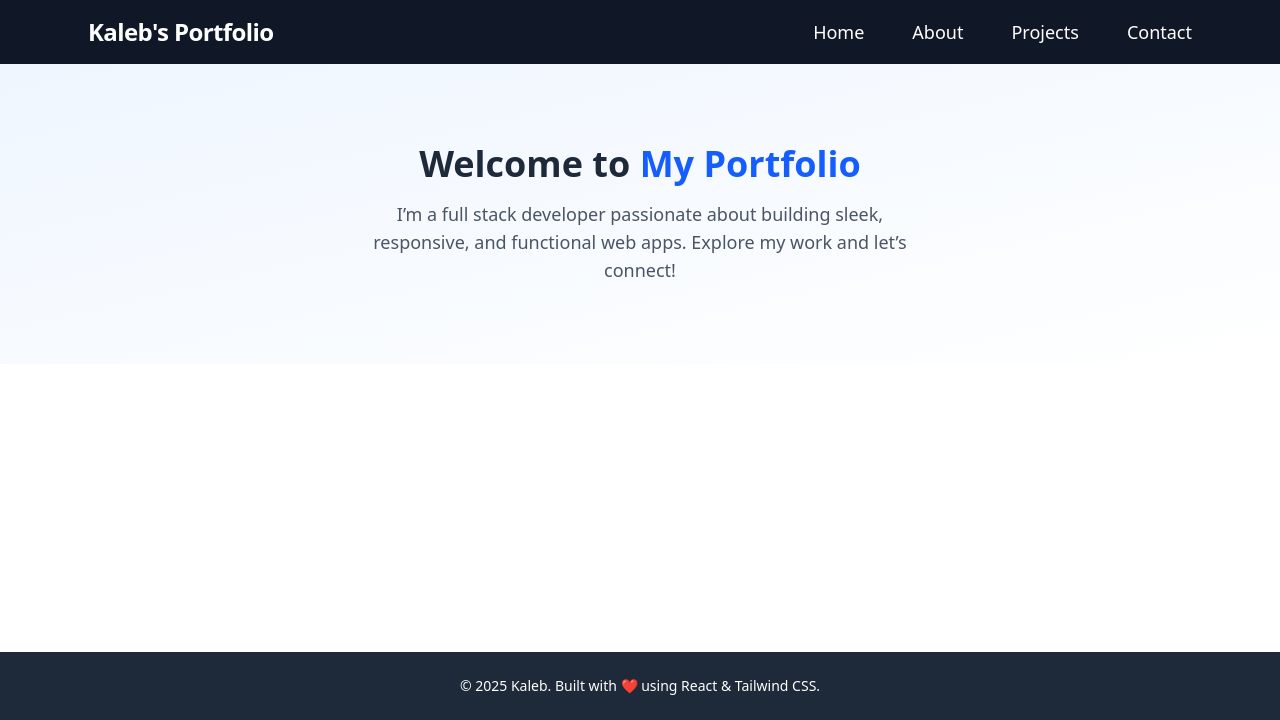
Repository: KalebMalone/portfolio-site
Page: /
The author's editor kept a copy of each file at every save. The page is drawn from the files as they stood at one save, then again after the next save.
The browser window is 1280 px wide. The pictures show the whole page.
The project was rebuilt for these pictures with package versions that can differ from the ones it lists, and the page was loaded fresh each time. Also part of the build but not shown: vite.config.js, src/pages/About.jsx, src/pages/Projects.jsx, src/pages/Contact.jsx, src/pages/Blogs.jsx.

Above is the page before, as saved 2025-04-23 17:22:30.

### src/App.jsx
import { BrowserRouter as Router, Routes, Route } from 'react-router-dom';
import Header from './components/Header';
import Footer from './components/Footer';

import Home from './pages/Home';
import About from './pages/About';
import Projects from './pages/Projects';
import Contact from './pages/Contact';
import Blogs from './pages/Blogs'; // Import Blogs page

function App() {
  return (
    <Router>
      <div className="flex flex-col min-h-screen">
        <Header />

        <main className="flex-grow">
          <Routes>
            <Route path="/" element={<Home />} />
            <Route path="/about" element={<About />} />
            <Route path="/projects" element={<Projects />} />
            <Route path="/contact" element={<Contact />} />
            <Route path="/blogs" element={<Blogs />} /> {/* Add route for Blogs */}
          </Routes>
        </main>

        <Footer />
      </div>
    </Router>
  );
}

export default App;

### src/index.css
@import 'tailwindcss';  /* Or use the Tailwind directives below */

/* Or alternatively, use these Tailwind directives directly in your CSS */
@tailwind base;
@tailwind components;
@tailwind utilities;

### src/components/Header.jsx
import { Link } from 'react-router-dom';

const Header = () => {
    return (
        <header className="bg-gray-900 text-white shadow-lg py-4">
            <nav className="max-w-6xl mx-auto flex justify-between items-center px-6">
                {/* Logo/Brand Name */}
                <h1 className="text-2xl font-bold tracking-tight">Kaleb's Portfolio</h1>

                {/* Navigation Links */}
                <ul className="flex space-x-12 text-lg"> {/* Increase space between the items */}
                    {['Home', 'About', 'Projects', 'Contact'].map((page) => (
                        <li key={page}>
                            <Link
                                to={`/${page.toLowerCase() === 'home' ? '' : page.toLowerCase()}`}
                                className="hover:text-blue-400 transition-colors duration-200"
                            >
                                {page}
                            </Link>
                        </li>
                    ))}
                </ul>
            </nav>
        </header>
    );
};

export default Header;

### src/components/Footer.jsx
const Footer = () => {
    return (
        <footer className="bg-gray-800 text-white text-center py-6 mt-10">
            <p className="text-sm">© {new Date().getFullYear()} Kaleb. Built with ❤️ using React & Tailwind CSS.</p>
        </footer>
    );
};

export default Footer;

### src/pages/Home.jsx
const Home = () => {
    return (
        <section className="flex flex-col items-center justify-center text-center px-4 py-20 bg-gradient-to-br from-blue-50 to-white">
            <h2 className="text-4xl font-extrabold mb-4 text-gray-800">
                Welcome to <span className="text-blue-600">My Portfolio</span>
            </h2>
            <p className="text-lg text-gray-600 max-w-xl">
                I’m a full stack developer passionate about building sleek, responsive, and functional web apps. Explore my work and let’s connect!
            </p>
        </section>
    );
};

export default Home;

Loaded but not shown: index.html (common file); src/main.jsx (common file)

After the next save:
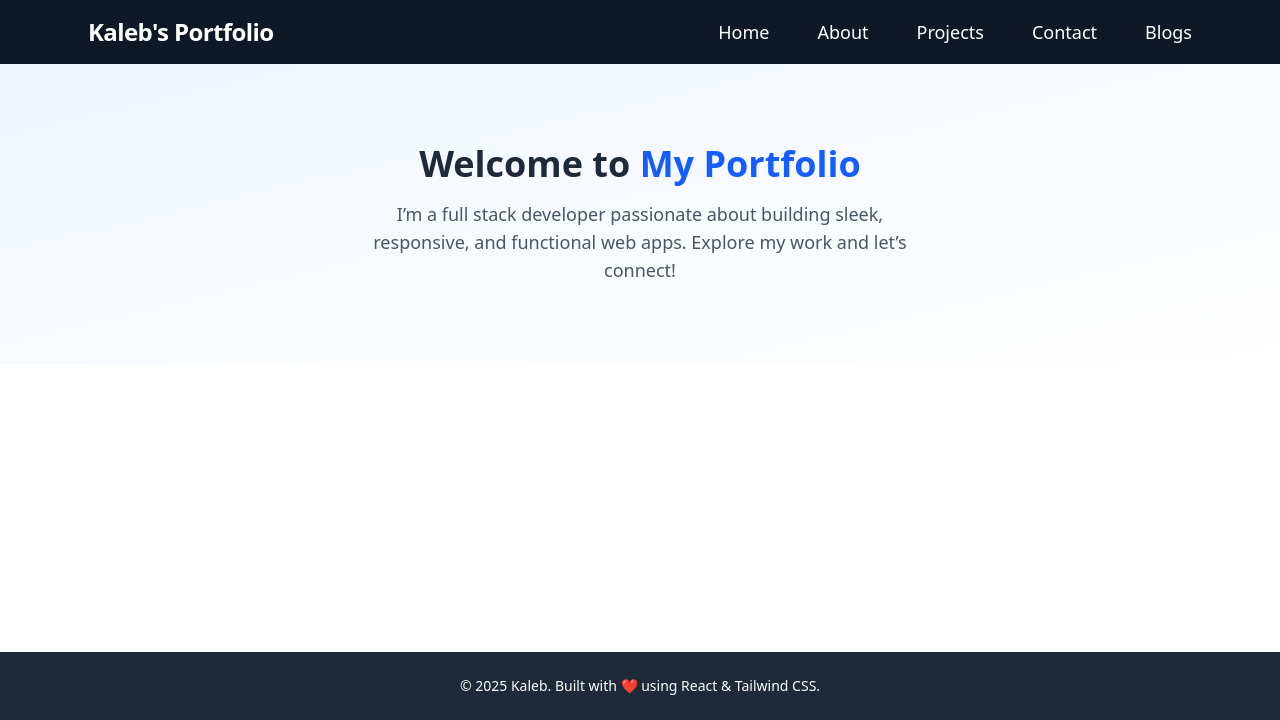
Saved 23 s later.
--- a/src/components/Header.jsx
+++ b/src/components/Header.jsx
@@ -9,7 +9,7 @@ const Header = () => {
 
                 {/* Navigation Links */}
                 <ul className="flex space-x-12 text-lg"> {/* Increase space between the items */}
-                    {['Home', 'About', 'Projects', 'Contact'].map((page) => (
+                    {['Home', 'About', 'Projects', 'Contact', 'Blogs'].map((page) => ( // Add Blogs here
                         <li key={page}>
                             <Link
                                 to={`/${page.toLowerCase() === 'home' ? '' : page.toLowerCase()}`}
